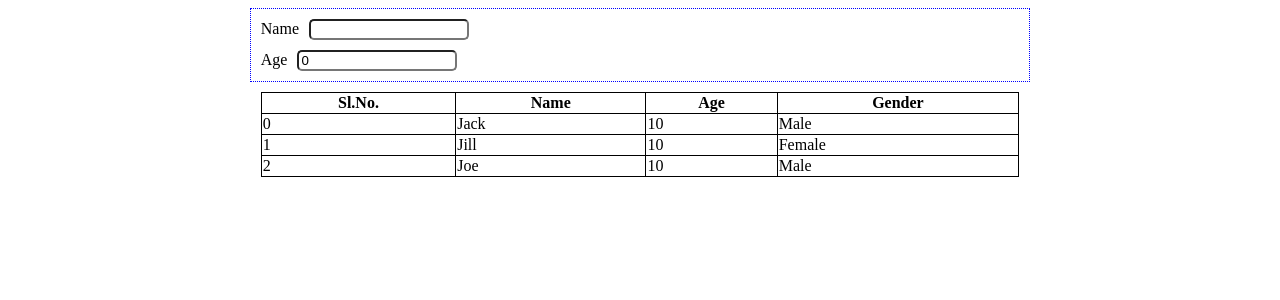
Repository: tysonpaul89/vue-student-crud
Page: /
The author's editor kept a copy of each file at every save. The page is drawn from the files as they stood at one save, then again after the next save.
The browser window is 1280 px wide. The pictures show the whole page.
The project was rebuilt for these pictures with package versions that can differ from the ones it lists, and the page was loaded fresh each time.

Above is the page before, as saved 2020-04-10 17:36:38.

### src/App.vue
<template>
  <div id="app">
    <StudentForm />
    <StudentListng :studentArray="students" />
  </div>
</template>

<script>
import StudentListng from './components/StudentListng.vue';
import StudentForm from './components/StudentForm.vue';

export default {
  name: 'App',
  components: {
    StudentListng,
    StudentForm
  },
  data() {
    return {
      students: [
        { id:1, name: 'Jack', age: 10, gender: 'Male', birthMonth: 7, birthYear: 2008 },
        { id:2, name: 'Jill', age: 10, gender: 'Female', birthMonth: 7, birthYear: 2008 },
        { id:3, name: 'Joe', age: 10, gender: 'Male', birthMonth: 7, birthYear: 2008 },
      ]
    }
  }
}
</script>

<style>

</style>

### src/components/StudentListng.vue
<template>
  <table>
    <thead>
      <tr>
        <th>Sl.No.</th>
        <th>Name</th>
        <th>Age</th>
        <th>Gender</th>
      </tr>
    </thead>
    <tbody>
      <tr v-for="(student, index) in studentArray" :key="student.id">
        <td>{{ index }}</td>
        <td>{{ student.name }}</td>
        <td>{{ student.age }}</td>
        <td>{{ student.gender }}</td>
      </tr>
    </tbody>
  </table>
</template>

<script>
export default {
  props: {
    studentArray: Array
  }
};
</script>

<style scoped>
table {
  border-collapse: collapse;
  width: 60%;
  margin: 0 auto;
}

table,
td,
th {
  border: 1px solid black;
}
</style>

### src/components/StudentForm.vue
<template>
  <div class="container">
    <form>
      <div class="form-group">
        <label for="name">Name</label>
        <input type="text" id="name" name="name" v-model="studentForm.name" />
      </div>
      <div class="form-group">
        <label for="age">Age</label>
        <input type="text" id="age" name="age" v-model="studentForm.age" />
      </div>
    </form>
  </div>
</template>

<script>
export default {
  data() {
    return {
      studentForm: {
        name: "",
        gender: null,
        birthMonth: null,
        birthYear: null,
        age: 0
      }
    };
  }
};
</script>

<style scoped>
.container {
  width: 60%;
  margin: 0 auto;
  margin-bottom: 10px;
  border: 1px dotted blue;
  padding: 0 10px 10px 10px;
}

.form-group {
  padding-top: 10px;
}

.form-group label {
  padding-right: 10px;
}

.form-group input {
  border-radius: 5px;
  width: 20%;
}
</style>

Loaded but not shown: public/index.html (common file); src/main.js (common file)

After the next save:
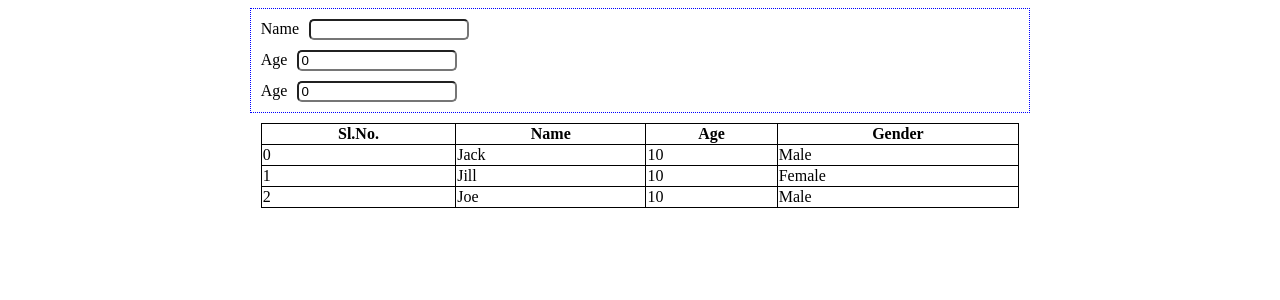
Saved 58 s later.
--- a/src/components/StudentForm.vue
+++ b/src/components/StudentForm.vue
@@ -8,6 +8,10 @@
       <div class="form-group">
         <label for="age">Age</label>
         <input type="text" id="age" name="age" v-model="studentForm.age" />
+      </div>
+      <div class="form-group">
+        <label for="gender">Age</label>
+        <input type="text" id="gender" name="gender" v-model="studentForm.age" />
       </div>
     </form>
   </div>
